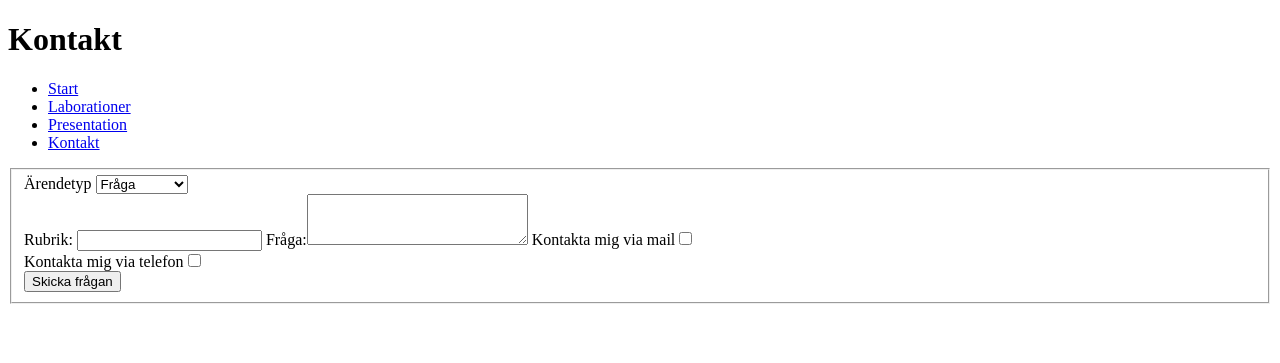
Repository: ulfek/laborationer
Page: pages/kontakt.html
The author's editor kept a record of every edit. The page is drawn from the files as they stood at one moment, then again after the next edit.
The browser window is 1280 px wide. The pictures show the whole page.

Above is the page before.

After the next edit:
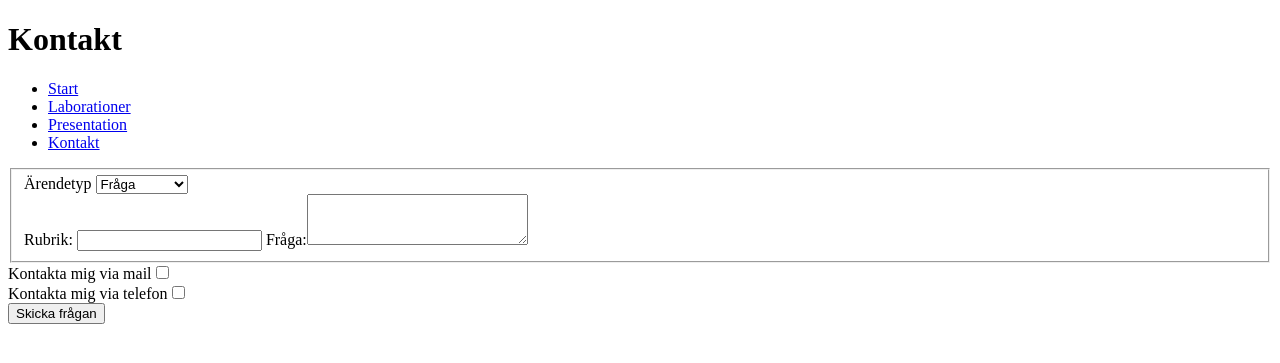
The edit:
--- a/pages/kontakt.html
+++ b/pages/kontakt.html
@@ -22,6 +22,7 @@
             </select>
             <br>Rubrik: <input type=text" name="rubrik">
             Fråga:<textarea rows="3" cols="25"></textarea>
+            </fieldset>
             Kontakta mig via mail<input type="checkbox" name=mail value="Mail"><br>
             Kontakta mig via telefon<input type="checkbox" name=telefon value="Telefon"><br>
             <input type="submit" value="Skicka frågan">
